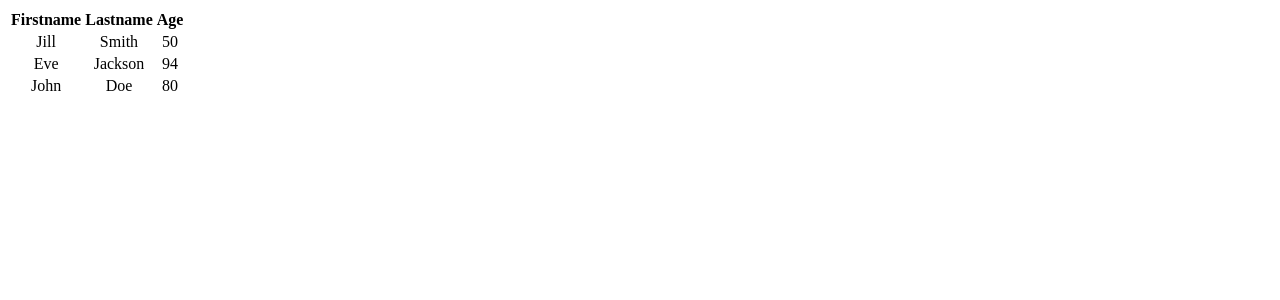
Repository: 72-faisal/work_to_do
Page: http://localhost/Khajina_Doctor/Show_appointment.jsp
The author's editor kept a copy of each file at every save. The page is drawn from the files as they stood at one save, then again after the next save.
The browser window is 1280 px wide. The pictures show the whole page.
The page is served by Tomcat 9. Other server files are loaded and not shown.

Above is the page before, as saved 2023-04-14 19:35:35.

### Khajina_Doctor/Khajina_Doctor/src/main/webapp/Show_appointment.jsp
<%@ page language="java" contentType="text/html; charset=ISO-8859-1"
    pageEncoding="ISO-8859-1"%>
<!DOCTYPE html>
<html>
<head>
<meta charset="ISO-8859-1">

<title>Insert title here</title>

</head>

<body>
<div style="text-align: center;">
<table class="center">
  <tr>
    <th>Firstname</th>
    <th>Lastname</th>
    <th>Age</th>
  </tr>
  <tr>
    <td>Jill</td>
    <td>Smith</td>
    <td>50</td>
  </tr>
  <tr>
    <td>Eve</td>
    <td>Jackson</td>
    <td>94</td>
  </tr>
  <tr>
    <td>John</td>
    <td>Doe</td>
    <td>80</td>
  </tr>
</table>
</div>
</body>
</html>

After the next save:
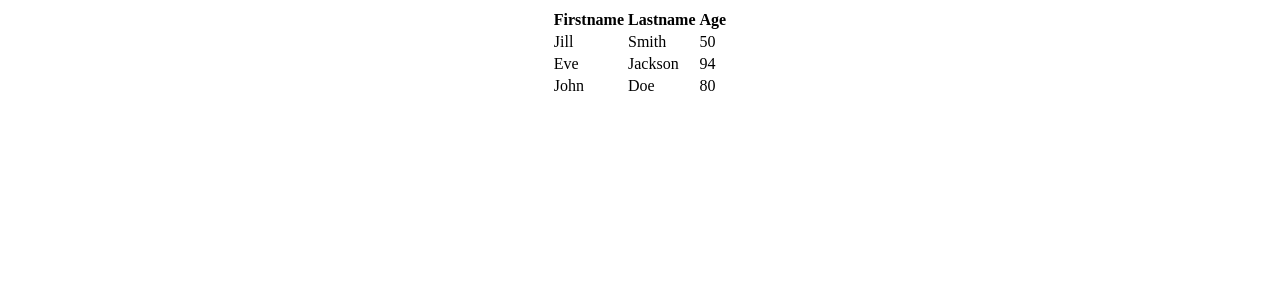
Saved 29 s later.
--- a/Khajina_Doctor/Khajina_Doctor/src/main/webapp/Show_appointment.jsp
+++ b/Khajina_Doctor/Khajina_Doctor/src/main/webapp/Show_appointment.jsp
@@ -10,8 +10,8 @@
 </head>
 
 <body>
-<div style="text-align: center;">
-<table class="center">
+
+<table class="center" style="margin: 0 auto;">
   <tr>
     <th>Firstname</th>
     <th>Lastname</th>
@@ -33,6 +33,5 @@
     <td>80</td>
   </tr>
 </table>
-</div>
 </body>
 </html>
